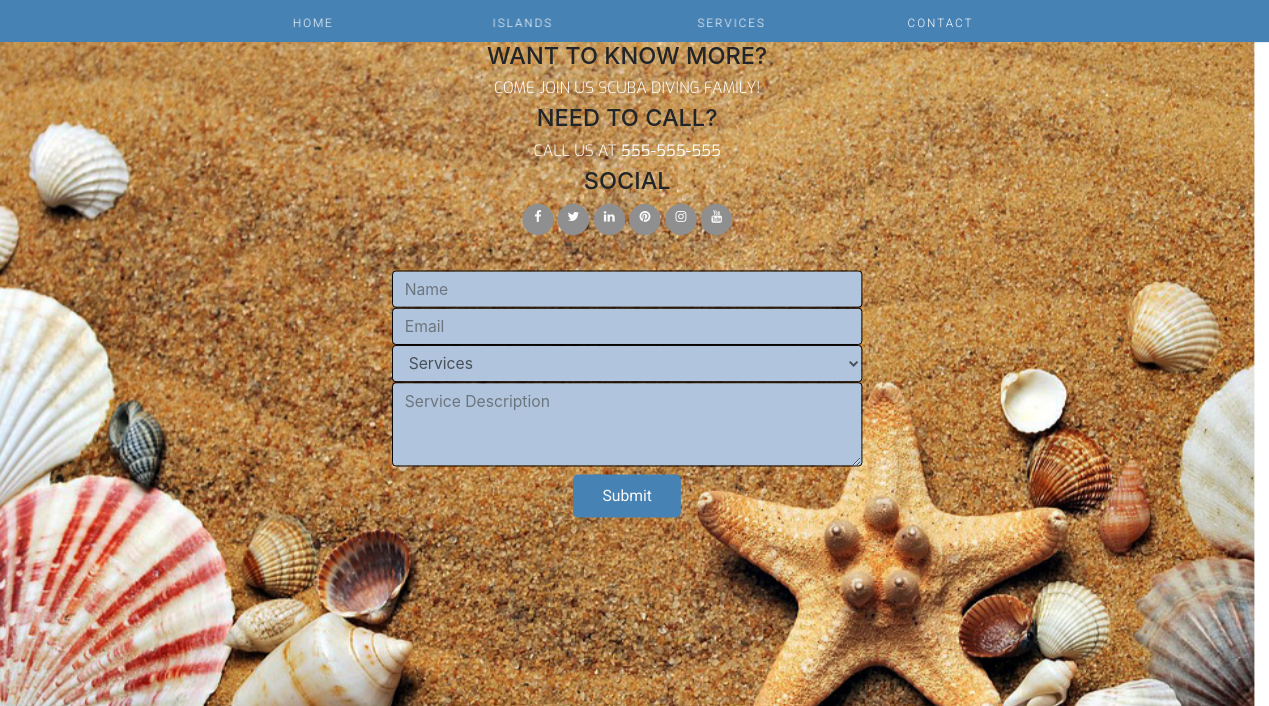
Repository: Code-Institute-Submissions/cathyann-diving.github.io
Page: contact.html
The author's editor kept a record of every edit. The page is drawn from the files as they stood at one moment, then again after the next edit.
The browser window is 1280 px wide. The page is 1295 px wide, so the pictures cover 1295 px, including what lies to the right of the window. The pictures show the whole page, at 98% of full size.

Above is the page before.

### contact.html
<!DOCTYPE html>
<html lang="en">

<head>
    <meta charset="UTF-8">
    <meta name="viewport" content="width=device-width, initial-scale=1.0">
    <meta http-equiv="X-UA-Compatible" content="ie=edge">
    <link rel="stylesheet" href="https://stackpath.bootstrapcdn.com/bootstrap/4.3.1/css/bootstrap.min.css" type="text/css">
    <link rel="stylesheet" href="https://stackpath.bootstrapcdn.com/font-awesome/4.7.0/css/font-awesome.min.css" type="text/css">
    <link rel="stylesheet" href="https://cdnjs.cloudflare.com/ajax/libs/hover.css/2.3.1/css/hover-min.css" type="text/css">
    <link rel="stylesheet" href="assets/css/style.css" type="text/css">
    <title>Diving</title>
</head>

<body>
    <div class="row">
        <div class="navbar">
            <div class="col">
                <ul id="nav" class="list-inline menucontainer">
                    <li class="col-0 col-sm-0 col-lg-2 list-inline-item menuitem"></li>
                    <li class="col-6 col-sm-3 col-lg-2 list-inline-item menuitem">
                        <a href="home.html" class="hvr-sweep-to-bottom"><span>Home</span></a>
                    </li>
                    <li class="col-6 col-sm-3 col-lg-2 list-inline-item menuitem">
                        <a href="islands.html" class="hvr-sweep-to-bottom"><span>Islands</span></a>
                    </li>
                    <li class="col-6 col-sm-3 col-lg-2 list-inline-item menuitem">
                        <a href="services.html" class="hvr-sweep-to-bottom"><span>Services</span></a>
                    </li>
                    <li class="col-6 col-sm-3 col-lg-2 list-inline-item menuitem">
                        <a href="contact.html" class="hvr-sweep-to-bottom"><span>Contact</span></a>
                    </li>
                    <li class="col-0 col-sm-0 col-lg-2 list-inline-item menuitem"></li>
                </ul>
            </div>
        </div>
    </div>
    <div class="bg-contact"></div>
    <div class="container-contact">

            <div class="col">
                <h4 class="uppercase text-center">Want to know more?</h4>
                <h6 class="contact-heading uppercase text-center">Come join us Scuba diving family!</h6>
                <h4 class="uppercase text-center">Need to call?</h4>
                <h6 class="contact-heading uppercase text-center">Call us at <b>555-555-555</b></h6>
                <h4 class="uppercase text-center">Social</h4>
                <ul class="list-inline social-links">
                    <li class="list-inline-item">
                        <a href="#" target="_blank">
                        <i class="fa fa-facebook aria-hidden true"=">
                            <span class="sr-only">Facebook</span>
                        </i>
                        </a>
                    </li>
                    <li class="list-inline-item">
                        <a href="#" target="_blank">
                        <i class="fa fa-twitter aria-hidden true"=">
                            <span class="sr-only">Twitter</span>
                        </i>
                        </a>
                    </li>
                    <li class="list-inline-item">
                        <a href="#" target="_blank">
                        <i class="fa fa-linkedin aria-hidden true"=">
                            <span class="sr-only">Linkedin</span>
                        </i>
                        </a>
                    </li>
                    <li class="list-inline-item">
                        <a href="#" target="_blank">
                        <i class="fa fa-pinterest aria-hidden true"=">
                            <span class="sr-only">Pinterest</span>
                        </i>
                        </a>
                    </li>
                    <li class="list-inline-item">
                        <a href="#" target="_blank">
                        <i class="fa fa-instagram aria-hidden true"=">
                            <span class="sr-only">Instagram</span>
                        </i>
                        </a>
                    </li>
                    <li class="list-inline-item">
                        <a href="#" target="_blank">
                        <i class="fa fa-youtube aria-hidden true"=">
                            <span class="sr-only">Youtube</span>
                        </i>
                        </a>
                    </li>
                </ul>


                <div class="col center-form">
                    <form>
                        <input type="text" name="name" id="fullname" class="form-control" placeholder="Name" required/>
                        <input type="email" name="email" id="emailaddress" class="form-control" placeholder="Email" required/>
                        <select name="services" class="form-control">
                            <option hidden="services selected">Services</option>
                            <option value="trip">Trip</option>
                            <option value="courses">Courses</option>
                            <option value="transportation">Transportation</option>
                            <option value="equipments">Equipments</option>
                            <option value="equipment maintenance">Equipment Maintenance</option>
                            <option value="spare parts">Spare Parts</option>
                        </select>
                        <textarea rows="3" name="remark" id="service description" class="form-control" placeholder="Service Description" required></textarea>
                        <div class="form-row text-center">
                            <div class="col">
                                <button class="btn btn-primary" type="submit">Submit</button>
                            </div>
                        </div>
                    </form>
                </div>
            </div>

    </div>

</body>

</html>

### assets/css/style.css
@import url('https://fonts.googleapis.com/css?family=Roboto:100,200,300,400,500,600,700|Exo:100,200,300,400,500,600,700');

/*--------------------------------------------bg image */

.bg-landing {
    position: fixed;
    background-image: url("../images/jellyfish.jpg");
    display: inline-block;
    background-position: center;
    background-repeat: no-repeat;
    background-size: cover;
    height: 100%;
    width: 100%;
    transition: all .5s ease-in-out;
    -moz-transition: all .5s ease-in-out;
    -webkit-transition: all .5s ease-in-out;
}

.bg-home {
    position: fixed;
    background-image: url("../images/diver.jpg");
    display: inline-block;
    background-position: center;
    background-repeat: no-repeat;
    background-size: cover;
    height: 100%;
    width: 100%;
    transition: all .5s ease-in-out;
    -moz-transition: all .5s ease-in-out;
    -webkit-transition: all .5s ease-in-out;
}

.bg-islands {
    position: fixed;
    background-image: url("../images/beach.jpg");
    display: inline-block;
    background-position: center;
    background-repeat: no-repeat;
    background-size: cover;
    height: 100%;
    width: 100%;
    transition: all .5s ease-in-out;
    -moz-transition: all .5s ease-in-out;
    -webkit-transition: all .5s ease-in-out;
}

.bg-services {
    position: fixed;
    background-image: url("../images/nemo.jpg");
    display: inline-block;
    background-position: center;
    background-repeat: no-repeat;
    background-size: cover;
    height: 100%;
    width: 100%;
    transition: all .5s ease-in-out;
    -moz-transition: all .5s ease-in-out;
    -webkit-transition: all .5s ease-in-out;
}

.bg-contact {
    position: fixed;
    background-image: url("../images/sea.jpg");
    display: inline-block;
    background-position: center;
    background-repeat: no-repeat;
    background-size: cover;
    height: 100%;
    width: 100%;
    transition: all .5s ease-in-out;
    -moz-transition: all .5s ease-in-out;
    -webkit-transition: all .5s ease-in-out;
}

/*--------------------------------------------btn */

.btn {
    position: absolute;
    top: 50%;
    left: 50%;
    transform: translate(-50%, -50%);
    -ms-transform: translate(-50%, -50%);
    background-color: #6495ed;
    color: #00008B;
    font-size: 16px;
    font-family: "Roboto", sans-serif;
    font-weight: 400;
    padding: 10px 30px;
    border: none;
    border-radius: 5px;
    text-align: center;
}

.btn span {
    display: inline-block;
    position: relative;
    transition: 0.5s;
}

.btn span:after {
    content: '\00bb';
    position: absolute;
    opacity: 0;
    top: 0;
    right: -20px;
    transition: 0.5s;
}

.btn:hover span {
    padding-right: 25px;
}

.btn:hover span:after {
    opacity: 1;
    right: 0;
}

.button {
    margin-top: 5px;
    margin-bottom: 10px;
    color: #00008B;
    background-color: #4682B4;
    padding: 5px 10px;
    border: none;
    font-family: "EXO", sans-serif;
}

.button a {
    text-decoration: none;
}

/*--------------------------------------------navbar */

.navbar {
    background-color: #4682B4;
    top: 0;
    width: 100%;
    padding: 0px;
}

.navbar a {
    display: block;
    color: #fff;
    text-align: center;
    padding: 10px 18px;
    text-decoration: none;
    font-size: 12px;
}

#nav li {
    font-size: 12px;
    padding: 0;
}

#nav {
    margin: 0;
}

.menuitem span {
    display: block;
    width: 100%;
    padding-top: 5px;
    text-align: center;
    text-transform: uppercase;
    font-family: "Roboto", sans-serif;
    font-size: 12px;
    font-weight: 300;
    letter-spacing: 2px;
}

.list-inline-item:not(:last-child) {
    margin: 0;
}

.menucontainer {
    font-size: 0;
}

/*--------------------------------------------Hover.css*/

.hvr-sweep-to-bottom:before {
    background: #008B8B;
    height: 100%;
    color: black;
}


/*--------------------------------------------Content */

.container {
    position: relative;
    max-width: 100%;
    margin: auto;
    height: 50%;
}


.container .content {
    position: absolute;
    background: rgb(0, 0, 0, 0.5);
    color: #f1f1f1;
    font-family: "EXO", sans-serif;
    font-size: 12px;
    font-weight: 300;
    padding: 30px;
}

.islands-intro {
    position: relative;
    margin: auto;
    max-width: 80%;
    color: #fff;
}

.islands-intro .contents {
    background: rgb(0, 0, 0, 0.5);
    color: #f1f1f1;
    font-family: "EXO", sans-serif;
    font-size: 12px;
    font-weight: 300;
    padding: 20px;
    text-align: justify;
}

.dive-center {
    position: relative;
    max-width: 50%;
    margin: 20px;
    background: rgb(0, 0, 0, 0.5);
    color: #f1f1f1;
    font-family: "EXO", sans-serif;
    font-size: 12px;
    font-weight: 300;
    padding: 20px;
    text-align: left;
}


/*--------------------------------------------Contact Form */

h3 {
    margin: 10px;
}

.contact-heading {
    font-family: "Exo", sans-serif;
    font-weight: 300;
    color: #fff;
}

.center-form {
    padding: 10px;
    margin: 0 auto;
    max-width: 40%;
}

button[type="submit"] {
    margin-top: 30px;
    margin-bottom: 20px;
    color: #fafafa;
    background-color: #4682B4;
}

.form-control {
    border: 1px solid black;
    font-family: inherit;
    background-color: #B0C4DE;
}


.social-links {
    position: relative;
    padding-bottom: 10px;
}

.social-links li a i {
    width: 32px;
    height: 32px;
    padding: 10px 0;
    border-radius: 50%;
    font-size: 13px;
    line-height: 7px;
    text-align: center;
    color: #fafafa;
    background: #8f8f8f;
    transition: all 0.35s ease-in-out;
    -moz-transition: all 0.35s ease-in-out;
    -webkit-transition: all 0.35s ease-in-out;
    -o-transition: all 0.35s ease-in-out;
}

.social-links li a i:hover {
    background: #e84610;
}

.uppercase {
    text-transform: uppercase;
}

.list-inline {
    text-align: center;
}

/*--------------------------------------------islands heading */

.islands-intro {
    padding: 30px;
}



/*--------------------------------------------media */

@media(max-width: 576px) {
    .dive-center {
        max-width: 100%;
    }

    .center-form {
        padding: 10px;
        margin: 0 auto;
        max-width: 70%;
    }

    .container-contact {
        height: 80%;
        width: 80%;
    }
}

}

After the next edit:
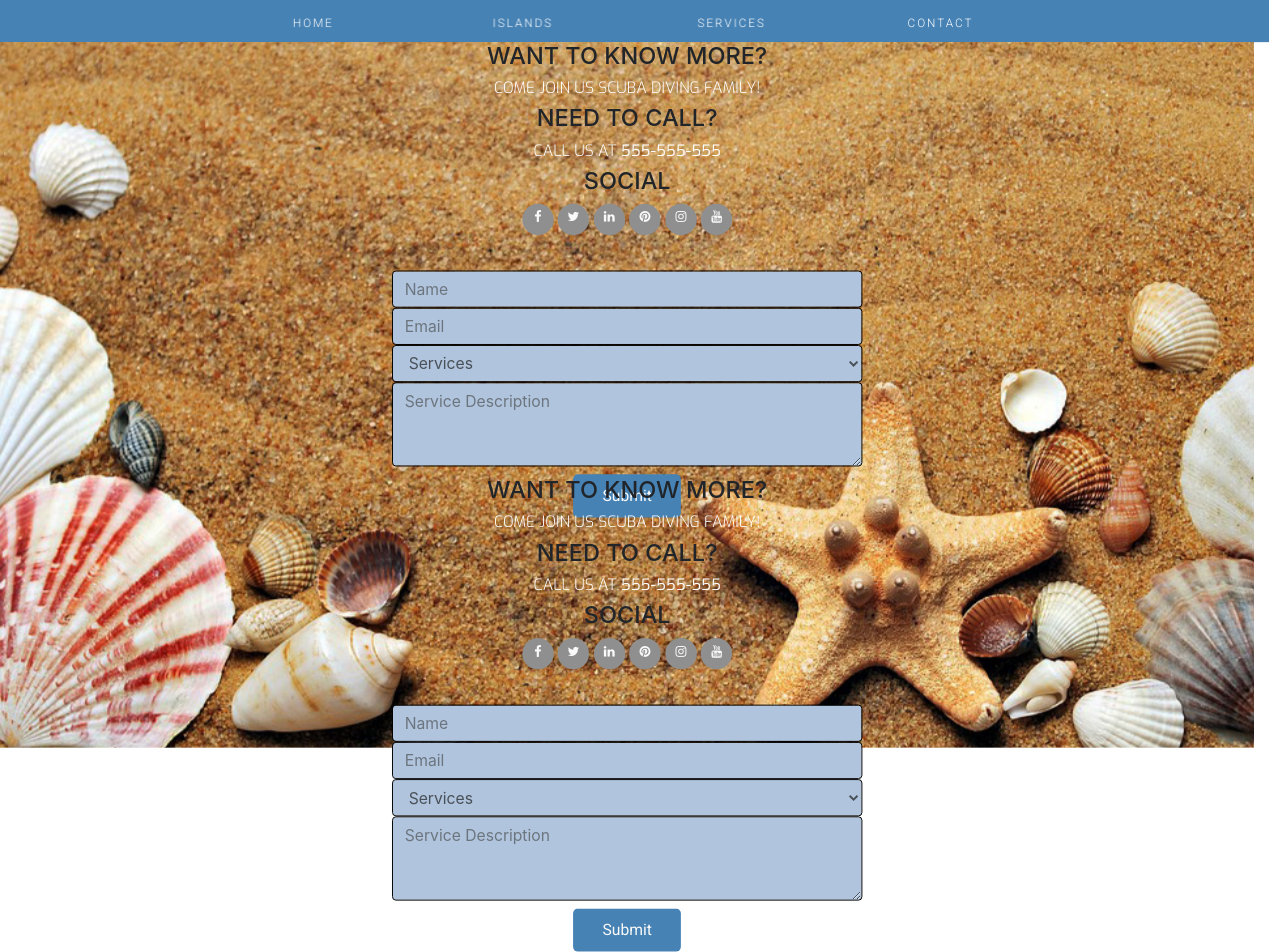
The edit:
--- a/contact.html
+++ b/contact.html
@@ -118,3 +118,83 @@
 </body>
 
 </html>
+
+
+<div class="container-contact">
+
+            <div class="col">
+                <h4 class="uppercase text-center">Want to know more?</h4>
+                <h6 class="contact-heading uppercase text-center">Come join us Scuba diving family!</h6>
+                <h4 class="uppercase text-center">Need to call?</h4>
+                <h6 class="contact-heading uppercase text-center">Call us at <b>555-555-555</b></h6>
+                <h4 class="uppercase text-center">Social</h4>
+                <ul class="list-inline social-links">
+                    <li class="list-inline-item">
+                        <a href="#" target="_blank">
+                        <i class="fa fa-facebook aria-hidden true"=">
+                            <span class="sr-only">Facebook</span>
+                        </i>
+                        </a>
+                    </li>
+                    <li class="list-inline-item">
+                        <a href="#" target="_blank">
+                        <i class="fa fa-twitter aria-hidden true"=">
+                            <span class="sr-only">Twitter</span>
+                        </i>
+                        </a>
+                    </li>
+                    <li class="list-inline-item">
+                        <a href="#" target="_blank">
+                        <i class="fa fa-linkedin aria-hidden true"=">
+                            <span class="sr-only">Linkedin</span>
+                        </i>
+                        </a>
+                    </li>
+                    <li class="list-inline-item">
+                        <a href="#" target="_blank">
+                        <i class="fa fa-pinterest aria-hidden true"=">
+                            <span class="sr-only">Pinterest</span>
+                        </i>
+                        </a>
+                    </li>
+                    <li class="list-inline-item">
+                        <a href="#" target="_blank">
+                        <i class="fa fa-instagram aria-hidden true"=">
+                            <span class="sr-only">Instagram</span>
+                        </i>
+                        </a>
+                    </li>
+                    <li class="list-inline-item">
+                        <a href="#" target="_blank">
+                        <i class="fa fa-youtube aria-hidden true"=">
+                            <span class="sr-only">Youtube</span>
+                        </i>
+                        </a>
+                    </li>
+                </ul>
+
+
+                <div class="col center-form">
+                    <form>
+                        <input type="text" name="name" id="fullname" class="form-control" placeholder="Name" required/>
+                        <input type="email" name="email" id="emailaddress" class="form-control" placeholder="Email" required/>
+                        <select name="services" class="form-control">
+                            <option hidden="services selected">Services</option>
+                            <option value="trip">Trip</option>
+                            <option value="courses">Courses</option>
+                            <option value="transportation">Transportation</option>
+                            <option value="equipments">Equipments</option>
+                            <option value="equipment maintenance">Equipment Maintenance</option>
+                            <option value="spare parts">Spare Parts</option>
+                        </select>
+                        <textarea rows="3" name="remark" id="service description" class="form-control" placeholder="Service Description" required></textarea>
+                        <div class="form-row text-center">
+                            <div class="col">
+                                <button class="btn btn-primary" type="submit">Submit</button>
+                            </div>
+                        </div>
+                    </form>
+                </div>
+            </div>
+
+    </div>

After the edit that followed:
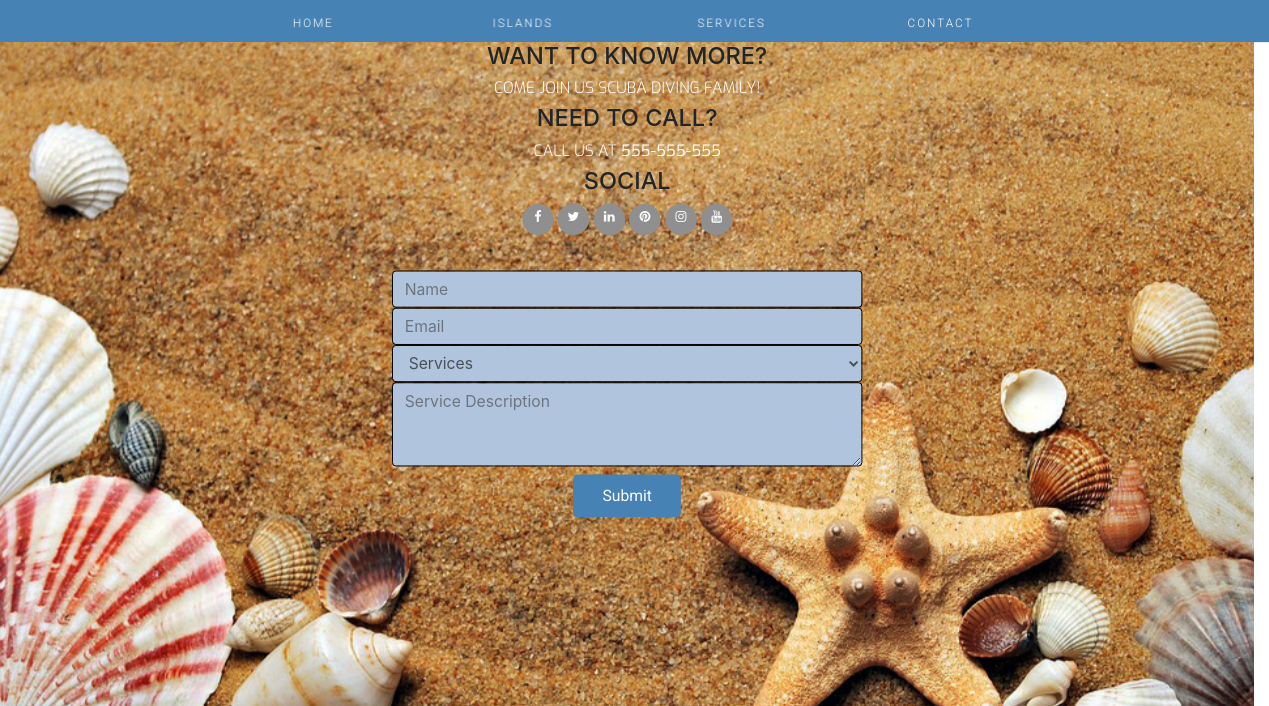
The edit:
--- a/contact.html
+++ b/contact.html
@@ -36,84 +36,7 @@
         </div>
     </div>
     <div class="bg-contact"></div>
-    <div class="container-contact">
 
-            <div class="col">
-                <h4 class="uppercase text-center">Want to know more?</h4>
-                <h6 class="contact-heading uppercase text-center">Come join us Scuba diving family!</h6>
-                <h4 class="uppercase text-center">Need to call?</h4>
-                <h6 class="contact-heading uppercase text-center">Call us at <b>555-555-555</b></h6>
-                <h4 class="uppercase text-center">Social</h4>
-                <ul class="list-inline social-links">
-                    <li class="list-inline-item">
-                        <a href="#" target="_blank">
-                        <i class="fa fa-facebook aria-hidden true"=">
-                            <span class="sr-only">Facebook</span>
-                        </i>
-                        </a>
-                    </li>
-                    <li class="list-inline-item">
-                        <a href="#" target="_blank">
-                        <i class="fa fa-twitter aria-hidden true"=">
-                            <span class="sr-only">Twitter</span>
-                        </i>
-                        </a>
-                    </li>
-                    <li class="list-inline-item">
-                        <a href="#" target="_blank">
-                        <i class="fa fa-linkedin aria-hidden true"=">
-                            <span class="sr-only">Linkedin</span>
-                        </i>
-                        </a>
-                    </li>
-                    <li class="list-inline-item">
-                        <a href="#" target="_blank">
-                        <i class="fa fa-pinterest aria-hidden true"=">
-                            <span class="sr-only">Pinterest</span>
-                        </i>
-                        </a>
-                    </li>
-                    <li class="list-inline-item">
-                        <a href="#" target="_blank">
-                        <i class="fa fa-instagram aria-hidden true"=">
-                            <span class="sr-only">Instagram</span>
-                        </i>
-                        </a>
-                    </li>
-                    <li class="list-inline-item">
-                        <a href="#" target="_blank">
-                        <i class="fa fa-youtube aria-hidden true"=">
-                            <span class="sr-only">Youtube</span>
-                        </i>
-                        </a>
-                    </li>
-                </ul>
-
-
-                <div class="col center-form">
-                    <form>
-                        <input type="text" name="name" id="fullname" class="form-control" placeholder="Name" required/>
-                        <input type="email" name="email" id="emailaddress" class="form-control" placeholder="Email" required/>
-                        <select name="services" class="form-control">
-                            <option hidden="services selected">Services</option>
-                            <option value="trip">Trip</option>
-                            <option value="courses">Courses</option>
-                            <option value="transportation">Transportation</option>
-                            <option value="equipments">Equipments</option>
-                            <option value="equipment maintenance">Equipment Maintenance</option>
-                            <option value="spare parts">Spare Parts</option>
-                        </select>
-                        <textarea rows="3" name="remark" id="service description" class="form-control" placeholder="Service Description" required></textarea>
-                        <div class="form-row text-center">
-                            <div class="col">
-                                <button class="btn btn-primary" type="submit">Submit</button>
-                            </div>
-                        </div>
-                    </form>
-                </div>
-            </div>
-
-    </div>
 
 </body>
 
